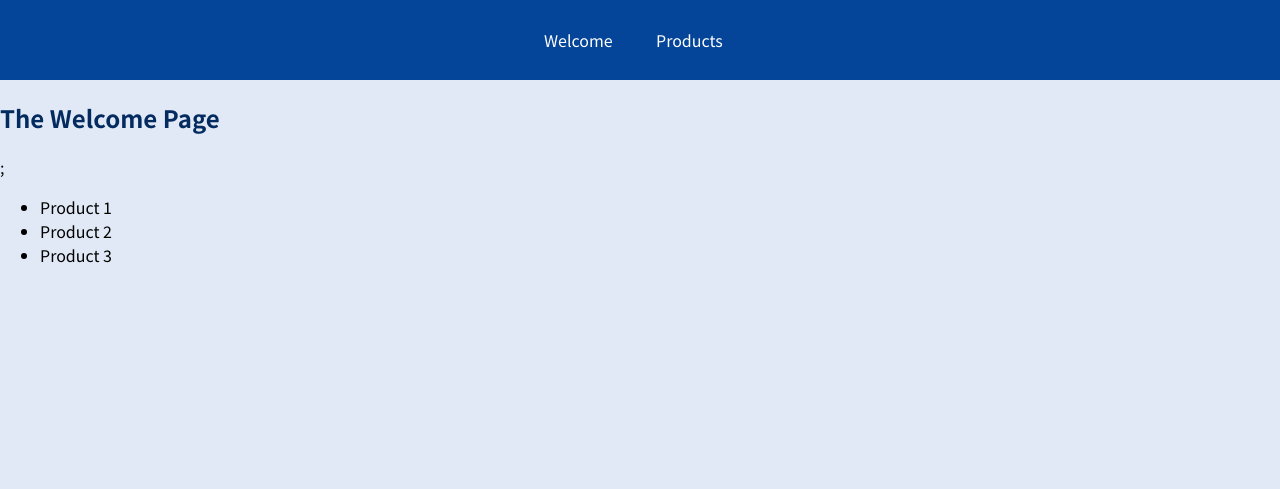
Repository: wenxi0504/13-ReactRouter
Page: /products
The author's editor kept a copy of each file at every save. The page is drawn from the files as they stood at one save, then again after the next save.
The browser window is 1280 px wide. The pictures show the whole page.
The project was rebuilt for these pictures with package versions that can differ from the ones it lists, and the page was loaded fresh each time. Also part of the build but not shown: src/pages/Welcome.js.

Above is the page before, as saved 2022-07-24 22:56:18.

### src/App.js
import { Route } from "react-router-dom";
import Welcome from "./pages/Welcome";
import Products from "./pages/Products";
import MainHeader from "./components/MainHeader";

function App() {
  return (
    <div>
      <MainHeader />
      <Route path="/welcome">
        <Welcome />
      </Route>
      <Route path="/products">
        <Products />
      </Route>
    </div>
  );
}

export default App;

### src/pages/Products.js
const Products = () => {
  return (
    <section>
      <h1>The Welcome Page</h1>;
      <ul>
        <li>Product 1</li>
        <li>Product 2</li>
        <li>Product 3</li>
      </ul>
    </section>
  );
};

export default Products;

### src/components/MainHeader.js
import { Link, NavLink } from "react-router-dom";
import classes from "./MainHeader.module.css";
const MainHeader = () => {
  return (
    <header className={classes.header}>
      <nav>
        <ul>
          <li>
            {/* <Link href="/welcome">Welcome</Link> */}
            <NavLink activeClassName={classes.active} to="/welcome">
              Welcome
            </NavLink>
          </li>
          <li>
            <NavLink to="/products">Products</NavLink>
          </li>
        </ul>
      </nav>
    </header>
  );
};

export default MainHeader;

### src/components/MainHeader.module.css
.header {
    width: 100%;
    height: 5rem;
    background-color: #044599;
    padding: 0 10%;
}

.header nav {
    height: 100%;
}

.header ul {
    height: 100%;
    list-style: none;
    display: flex;
    padding: 0;
    margin: 0;
    align-items: center;
    justify-content: center;
}

.header li {
    margin: 0 1rem;
    width: 5rem;
}

.header a {
    color: white;
    text-decoration: none;
}

.header a:hover,
.header a:active,
.header a.active {
    color: #95bcf0;
    padding-bottom: 0.25rem;
    border-bottom: 4px solid #95bcf0;
}

### src/pages/ProductDetails.js
const ProductDetail = () => {
  <section>
    <h1>Product Detail</h1>
  </section>;
};

export default ProductDetail;

Loaded but not shown: public/index.html (common file); src/index.js (common file); src/index.css (common file)

After the next save:
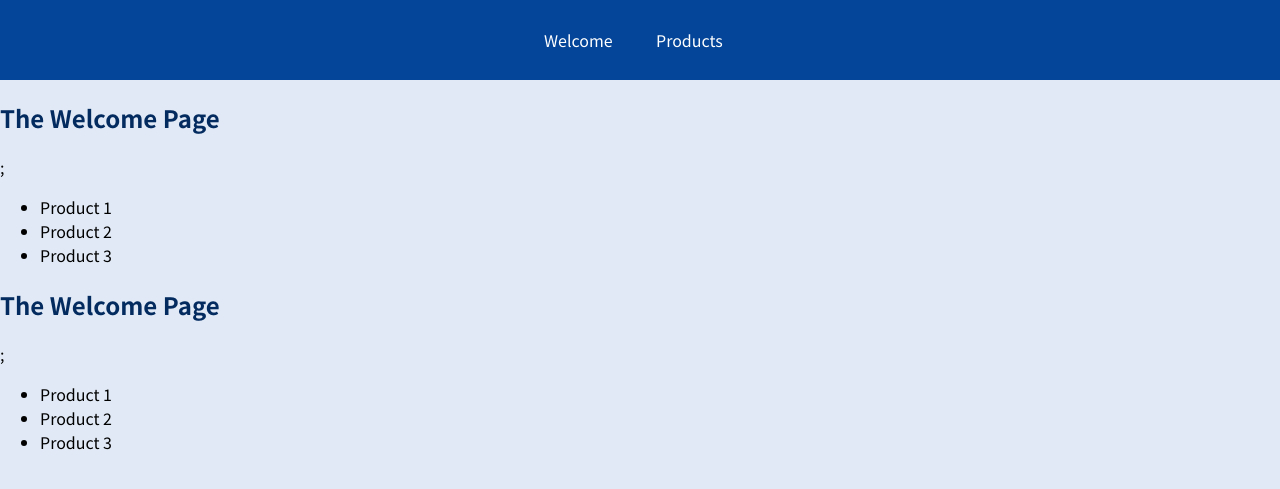
Saved 28 s later.
--- a/src/App.js
+++ b/src/App.js
@@ -2,7 +2,7 @@
 import Welcome from "./pages/Welcome";
 import Products from "./pages/Products";
 import MainHeader from "./components/MainHeader";
-
+import ProductDetail from "./pages/ProductDetails";
 function App() {
   return (
     <div>
@@ -13,6 +13,9 @@
       <Route path="/products">
         <Products />
       </Route>
+      <Route path="/products">
+        <Products />
+      </Route>
     </div>
   );
 }

After the save that followed:
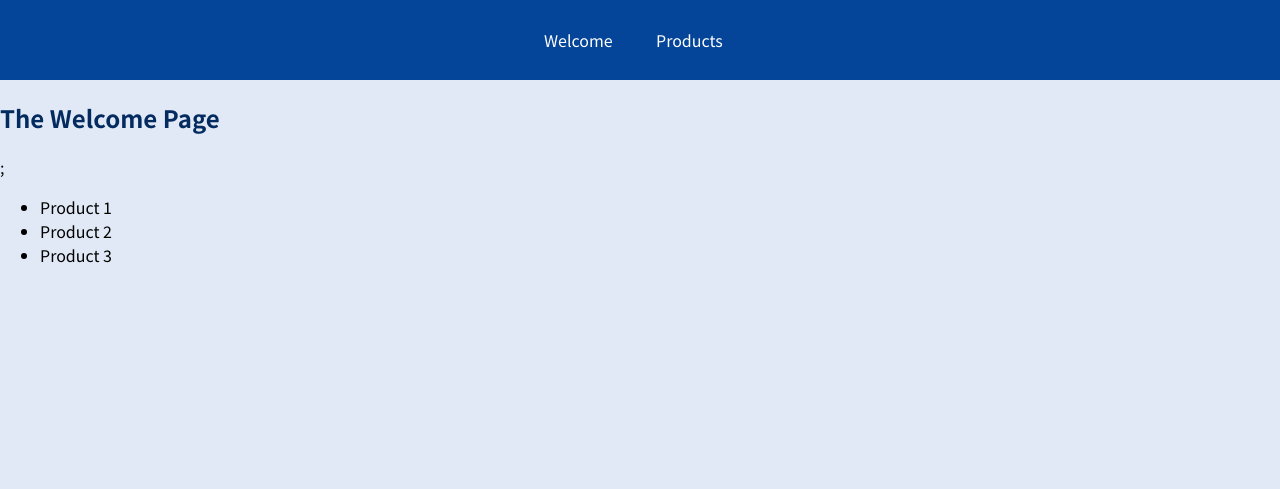
Saved 11 s later.
--- a/src/App.js
+++ b/src/App.js
@@ -3,6 +3,7 @@
 import Products from "./pages/Products";
 import MainHeader from "./components/MainHeader";
 import ProductDetail from "./pages/ProductDetails";
+
 function App() {
   return (
     <div>
@@ -14,7 +15,7 @@
         <Products />
       </Route>
       <Route path="/products">
-        <Products />
+        <ProductDetail />
       </Route>
     </div>
   );
